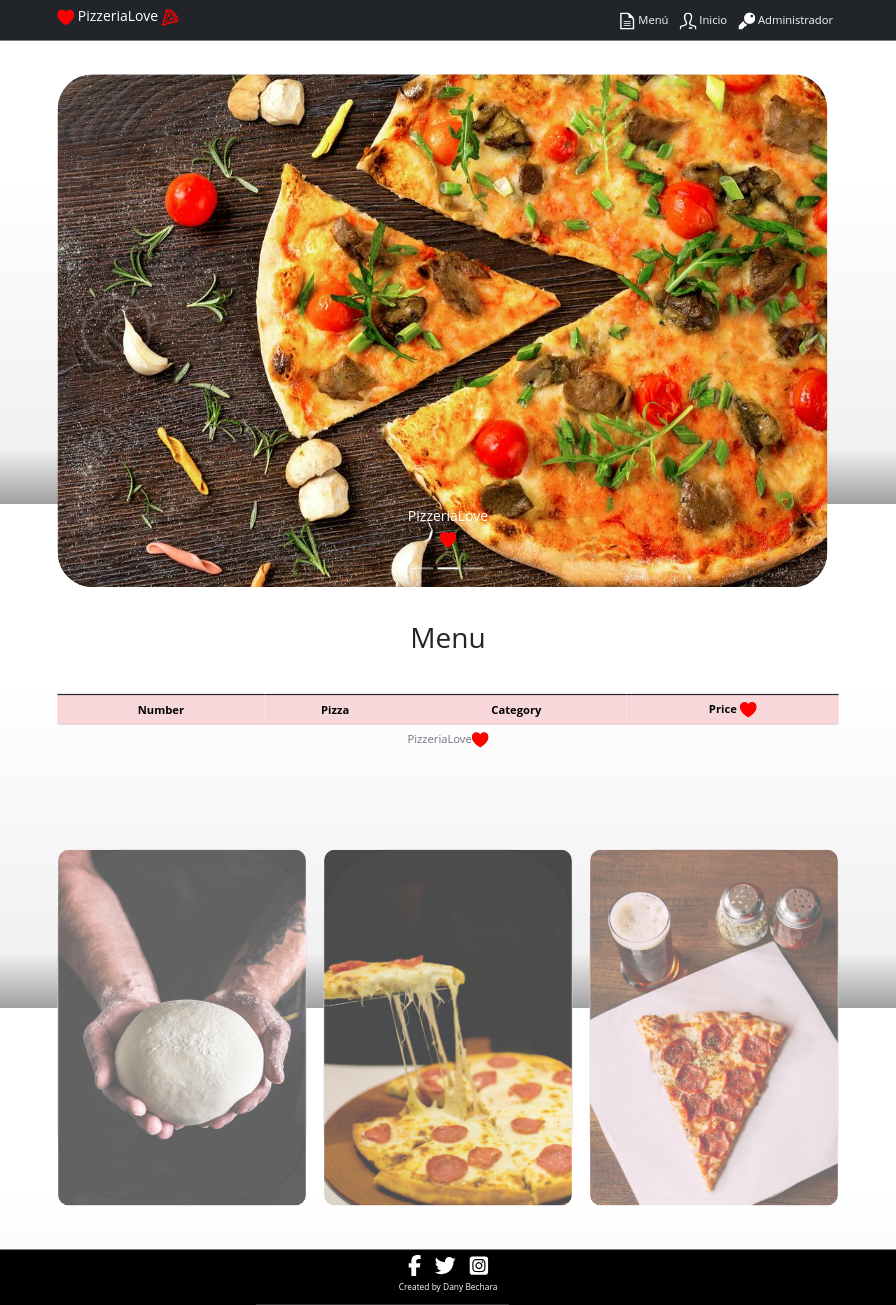
Repository: bechara611/PizzeriaLove
Page: /
The author's editor kept a copy of each file at every save. The page is drawn from the files as they stood at one save, then again after the next save.
The browser window is 1280 px wide. The pictures show the whole page, at 70% of full size.
The page's requests for data from a server got no answer. Backgrounds fixed to the window are drawn as part of the page. The project was rebuilt for these pictures with package versions that can differ from the ones it lists, and the page was loaded fresh each time. No one was signed in, and anything a server would have sent is missing. Also part of the build but not shown: src/App.css, src/App.js, src/Componentes/FormularioAgregarMenu.css, src/Elementos/Alerta.js, src/Elementos/AlertaRed.js, src/Componentes/FormularioAgregarMenu.js.

Above is the page before, as saved 2022-02-25 22:37:57.

After the next save:
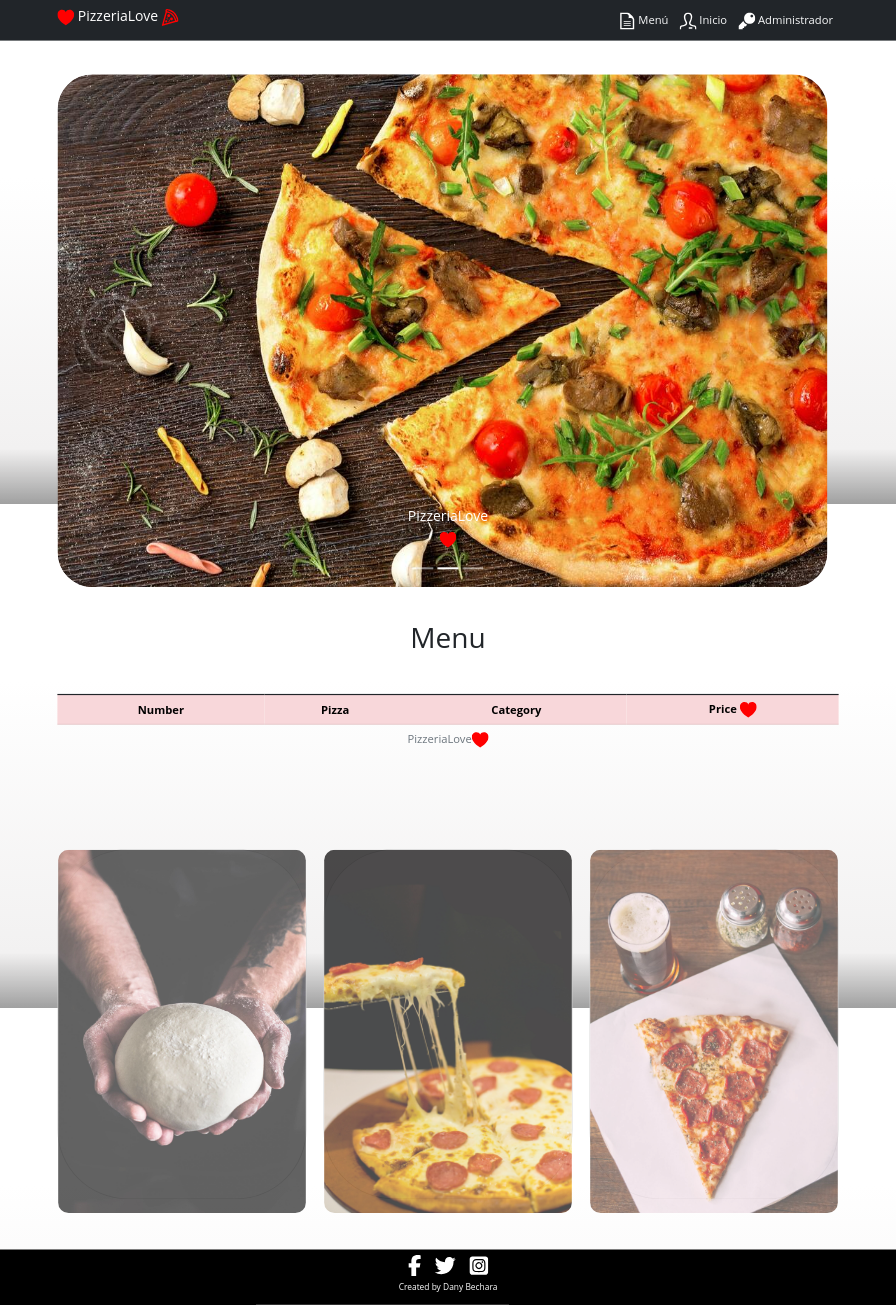
Saved 8 s later.
--- a/src/Componentes/Galeria.css
+++ b/src/Componentes/Galeria.css
@@ -24,5 +24,5 @@
 /*from{background: #9EB3C2;}
 to{background:#21295C ;}*/
 0%{min-height: 510px;}
-
+25%{min-height: 520px;}
 }
